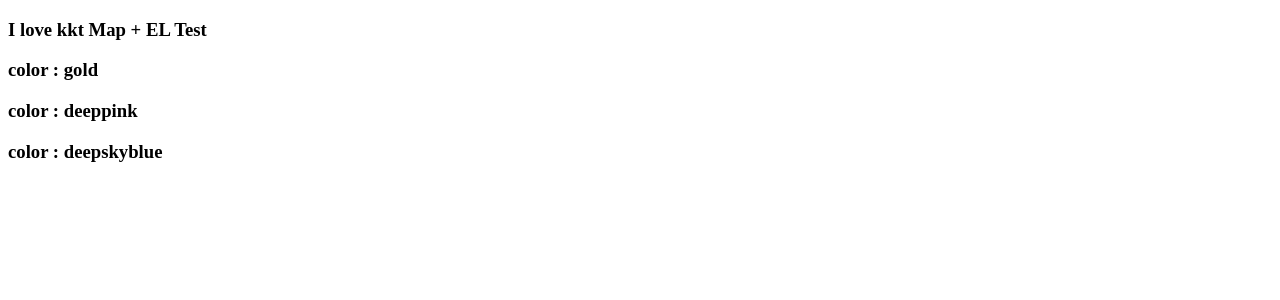
Repository: songyooon/java2
Page: http://localhost/practice03/03ExpressionLanguageMap.jsp
An editor plug-in stored every save of this project. The page is shown before and after the next save, followed by the edit.
The browser window is 1280 px wide. The pictures show the whole page.
The page is served by Tomcat 9.

Above is the page before, as saved 2022-11-10 02:27:33.

After the next save:
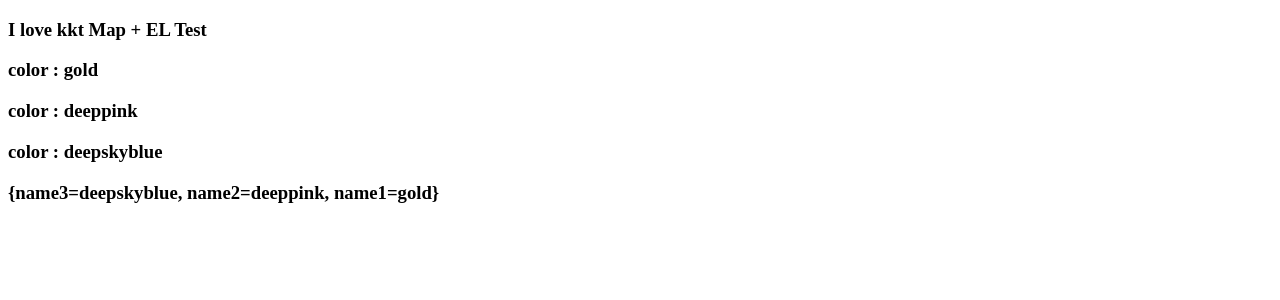
Saved 15 s later.
--- a/practice03/WebContent/03ExpressionLanguageMap.jsp
+++ b/practice03/WebContent/03ExpressionLanguageMap.jsp
@@ -35,5 +35,6 @@
 <%
 	}
 %>
+<h3>${map }</h3>
 </body>
 </html>
